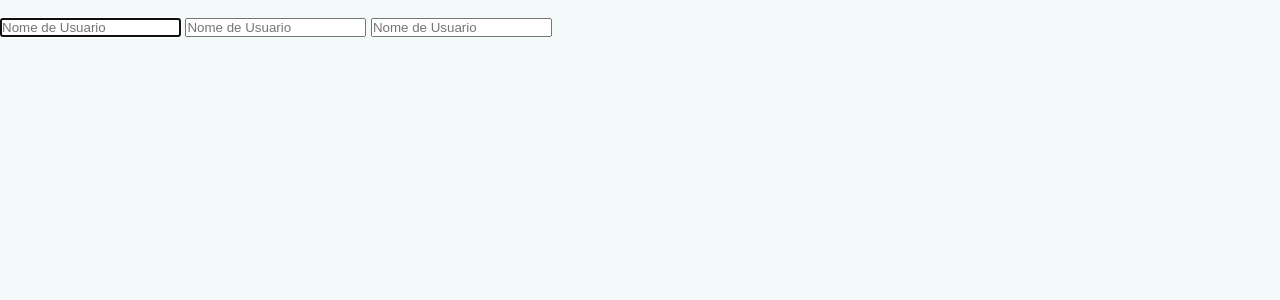
Repository: ichumbo/StarkDashboard
Page: login.html
The author's editor kept a copy of each file at every save. The page is drawn from the files as they stood at one save, then again after the next save.
The browser window is 1280 px wide. The pictures show the whole page.

Above is the page before, as saved 2023-06-13 21:54:38.

After the next save:
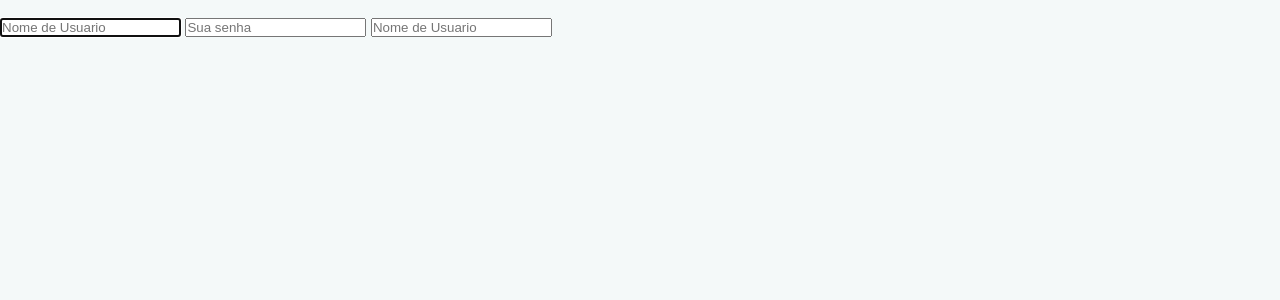
Saved 28 s later.
--- a/login.html
+++ b/login.html
@@ -22,7 +22,7 @@
 
             <form method="POST">
                 <input type="text" name="Nome" placeholder="Nome de Usuario" autofocus>
-                <input type="text" name="Nome" placeholder="Nome de Usuario" autofocus>
+                <input type="password" name="Senha" placeholder="Sua senha" autofocus>
                 <input type="text" name="Nome" placeholder="Nome de Usuario" autofocus>
             </form>
         </div>
